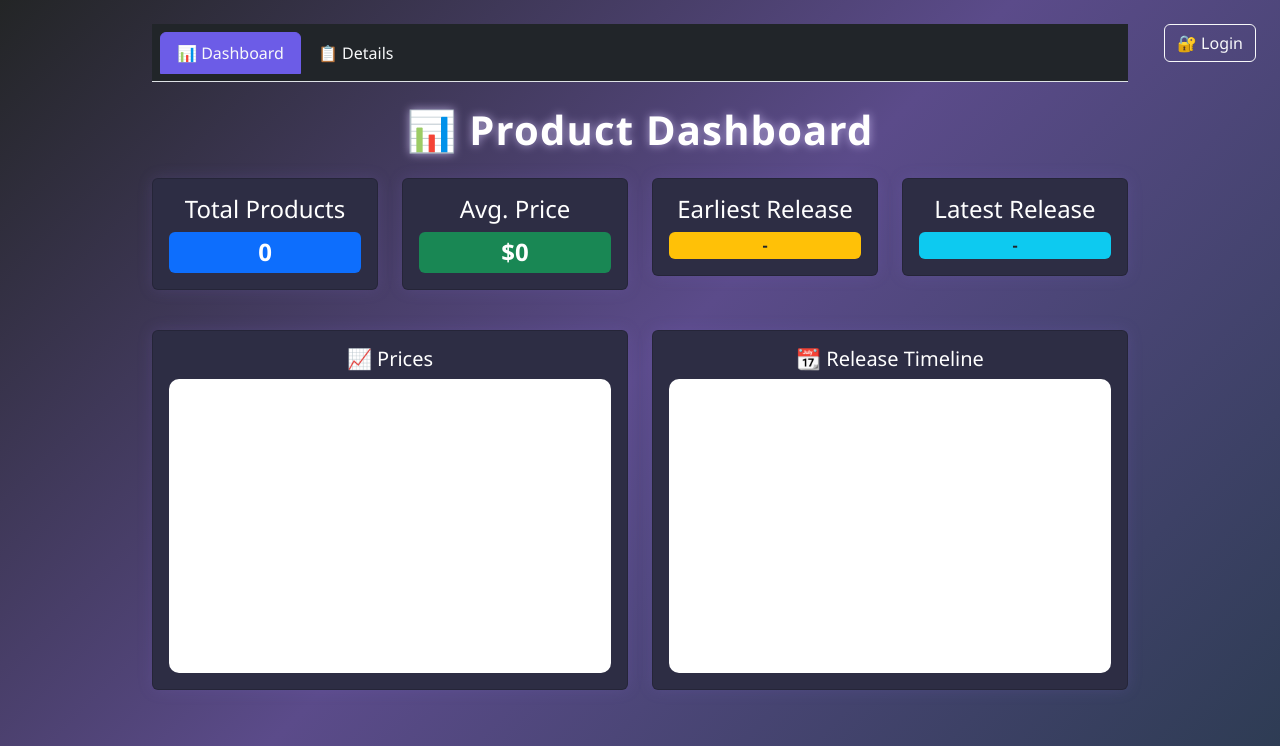
Repository: shyamoracle/training_case_study
Page: pmsagain/pmsitis/src/main/resources/webapp/dashboard.html
An editor plug-in stored every save of this project. The page is shown before and after the next save, followed by the edit.
The browser window is 1280 px wide. The pictures show the whole page.
The page's requests for data from a server got no answer.

Above is the page before, as saved 2025-09-21 05:20:05.

After the next save:
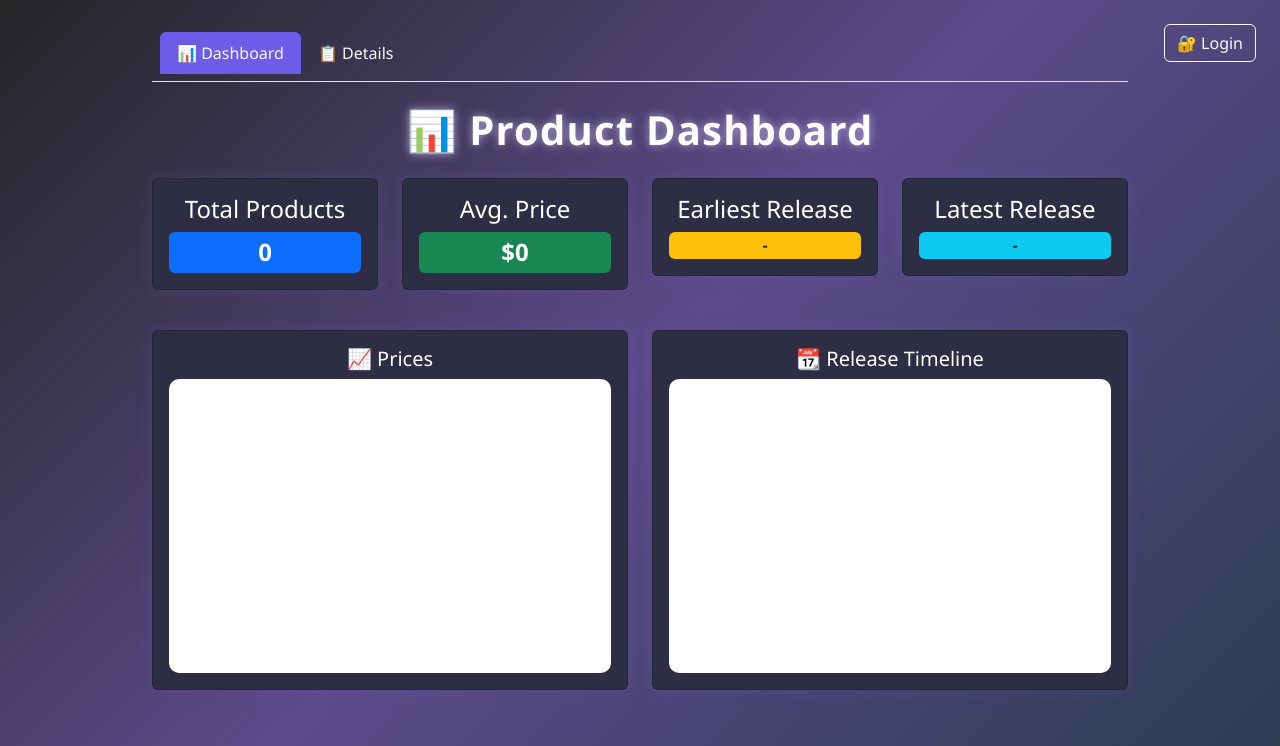
Saved 2 min 8 s later.
--- a/pmsagain/pmsitis/src/main/resources/webapp/dashboard.html
+++ b/pmsagain/pmsitis/src/main/resources/webapp/dashboard.html
@@ -48,7 +48,7 @@
 <div class="container py-4">
 
   <!-- Nav Tabs -->
-  <ul class="nav nav-tabs bg-dark p-2 mb-4">
+  <ul class="nav nav-tabs  p-2 mb-4">
     <li class="nav-item">
       <a class="nav-link text-light active" href="dashboard.html">📊 Dashboard</a>
     </li>
